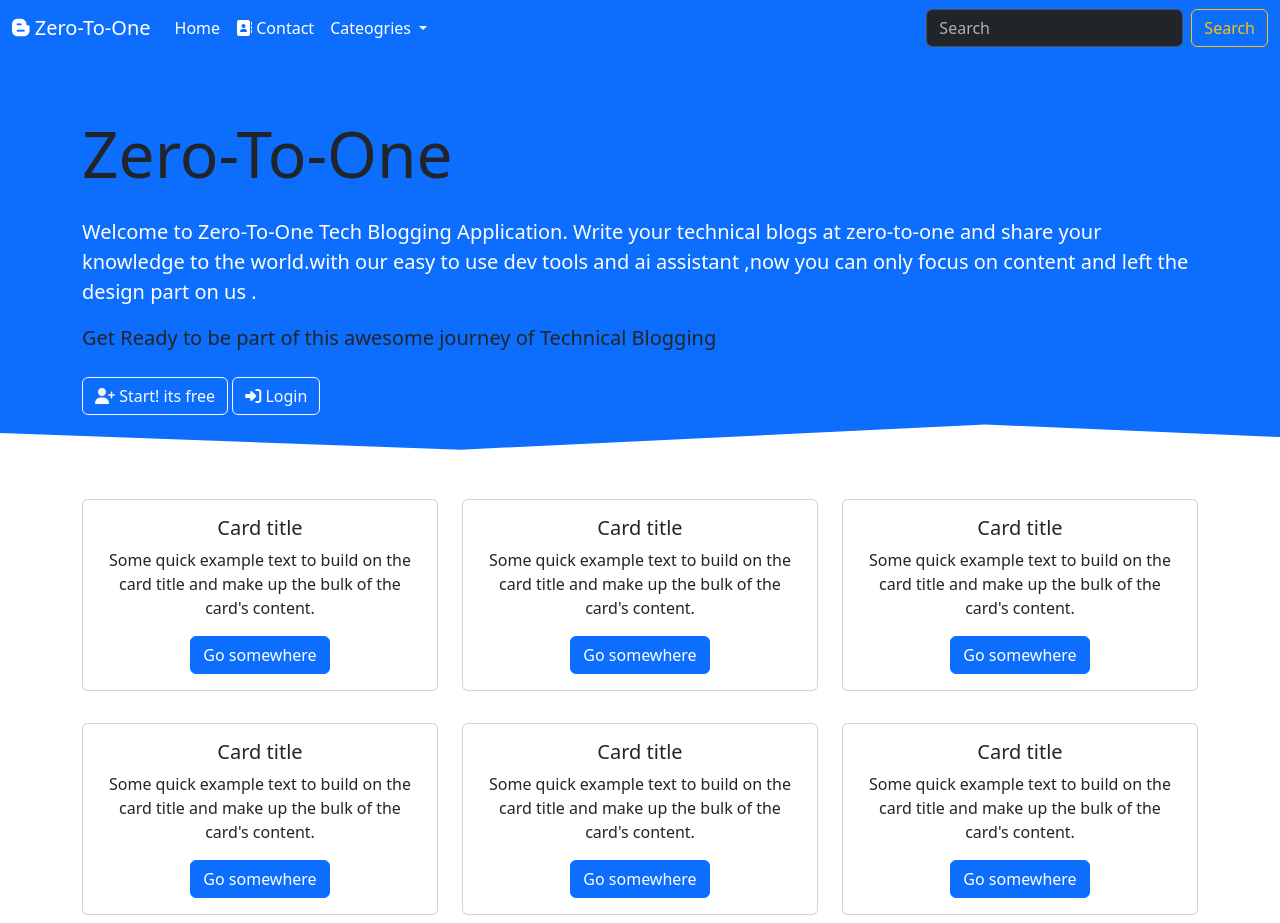
Repository: Gaurav560/PROJECT-ZeroToOne-TechBlog
Page: http://localhost/ZeroToOne/
The author's editor kept a copy of each file at every save. The page is drawn from the files as they stood at one save, then again after the next save.
The browser window is 1280 px wide. The pictures show the whole page.
Some web libraries are served in a nearby version. The page is served by Tomcat 9.

Above is the page before, as saved 2023-04-29 11:40:23.

After the next save:
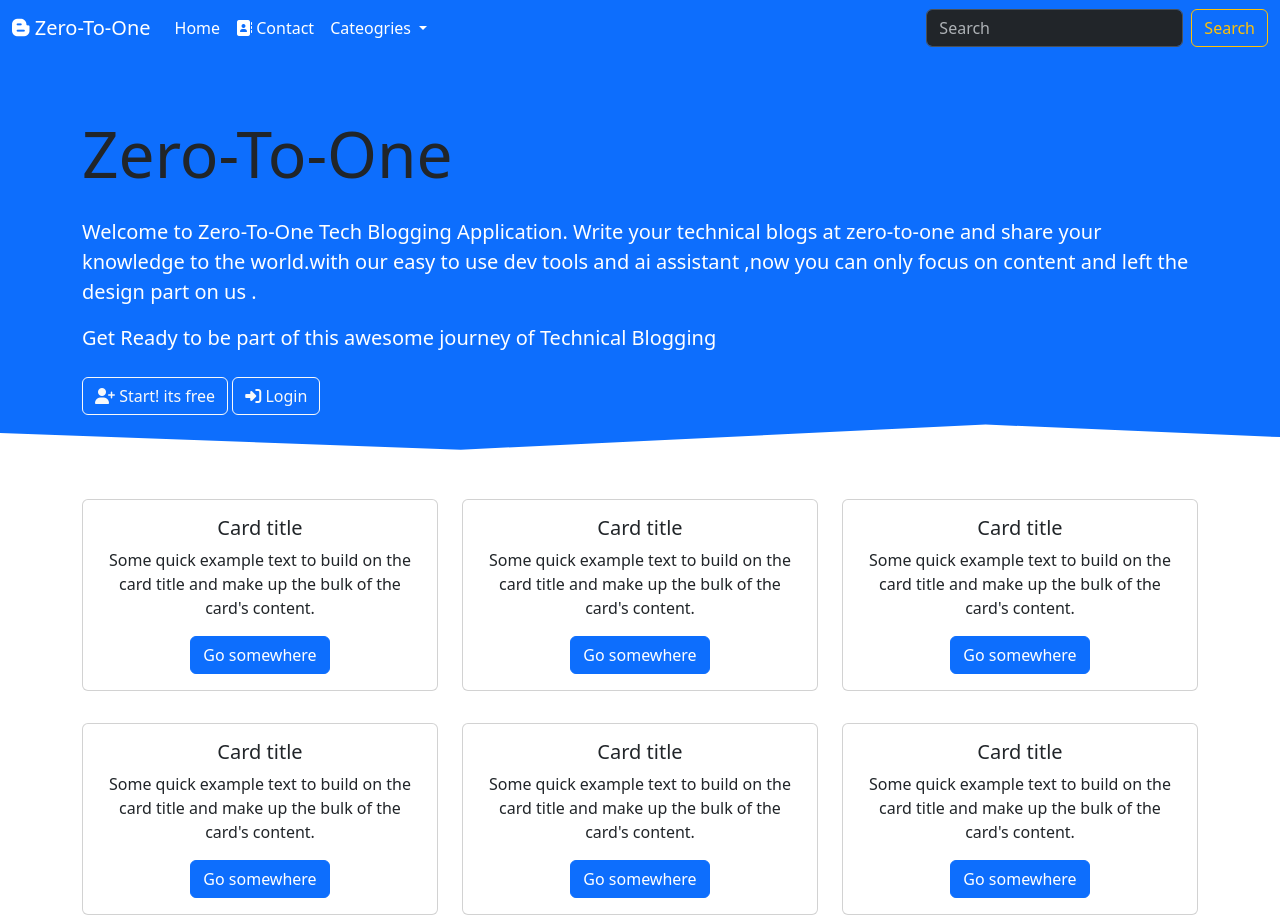
Saved 5 s later.
--- a/ZeroToOne/src/main/webapp/index.jsp
+++ b/ZeroToOne/src/main/webapp/index.jsp
@@ -33,7 +33,7 @@
 					your knowledge to the world.with our easy to use dev tools and ai
 					assistant ,now you can only focus on content and left the design
 					part on us .</p>
-				<p class="fs-5 text-dark pb-2">Get Ready to be part of this
+				<p class="fs-5 text-white pb-2">Get Ready to be part of this
 					awesome journey of Technical Blogging</p>
 				<p></p>
 				<a href="register_page.jsp" class="btn  btn-outline-light">
